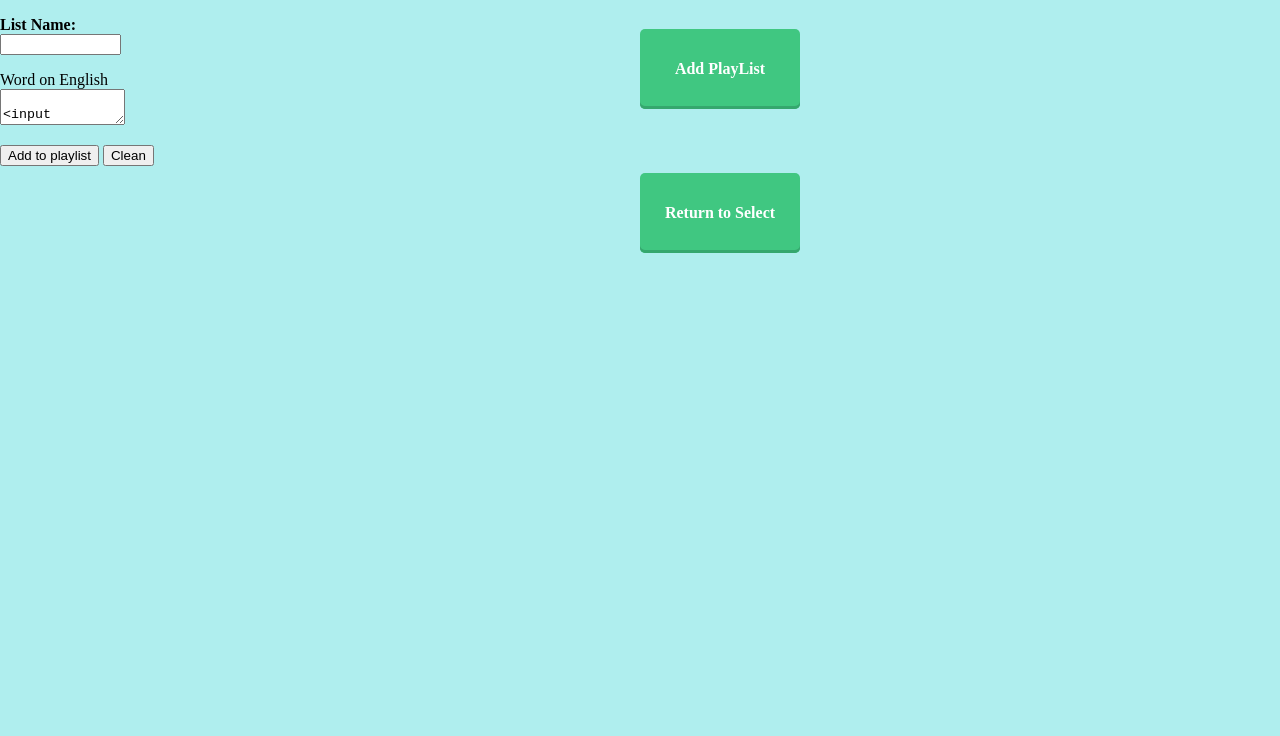
Repository: Artem-Brunov/msu_prac
Page: workspace/BasicUI/NewWithoutTr.html
The author's editor kept a copy of each file at every save. The page is drawn from the files as they stood at one save, then again after the next save.
The browser window is 1280 px wide. The pictures show the whole page.

Above is the page before, as saved 2017-11-20 01:24:19.

### workspace/BasicUI/NewWithoutTr.html
<!DOCTYPE html>
<html>
<head>
  <meta charset="utf-8" />
    <meta name="viewport" content="width=device-width, initial-scale=1.0, maximum-scale=1.0">
    <meta name="description" content="Tizen Mobile Web Basic Template" />

    <title>Tizen Mobile Web Basic Application</title>
    <link rel="stylesheet" type="text/css" href="css/NewPlaylist.css" />
    <link rel="stylesheet" type="text/css" href="css/style.css" />
</head>
<body>
	<form name="test" method="post" action="input1.php">
  		<p><b>List Name:</b><br>
   			<input type="text" size="12">
  		</p>

  		<p>Word on English<br>
  		<textarea cols = "13">
  			 <input type="text">
  		</textarea>
  		</p>
  		<p><input type="submit" value="Add to playlist">
   		<input type="reset" value="Clean"></p>
 	</form>

	<div class = "Return">
		<a href = "index.html" class = "first_button">Return to Select</a>
	</div>
	<div class = "Add">
		<a href = "" class = "first_button">Add PlayList</a>
	</div>
</body>
</html>

### workspace/BasicUI/css/NewPlaylist.css
.Return {
	position: absolute;
  	top: 24%;
  	left:50%;

}
.Add {
	position: absolute;
  	top: 4%;
  	left: 50%;
}

### workspace/BasicUI/css/style.css
html,
body {
    width: 100%;
    height: 100%;
    margin: 0 auto;
    padding: 0;
    background: PaleTurquoise;
 }
 .titl{

 	position: absolute;
 	left: 25.5%;
 	top: 10%;
 	color: Gray;
 }
 a.first_button {

	display: block;
	width: 160px;
	height: 80px;
  	line-height: 5em;
	border-radius: 5px;
 	background: rgb(64,199,129);
	box-shadow: 0 -3px rgb(53,167,110) inset;
	font-weight: 900;
  	color: white;
  	text-align: center;
  	text-decoration: none;
  	transition: 0.2s;
}
a.first_button:hover { background: rgb(53, 167, 110); }
a.first_button:active {
  background: rgb(33,147,90);
  box-shadow: 0 3px rgb(33,147,90) inset;
}
.New {
	position: absolute;
  	top: 47%;
  	left: 28%;

}
.Select {
	position: absolute;
  	top: 64%;
  	left: 28%;

}
.FastPlay {
	position: absolute;
  	top: 30%;
  	left: 28%;

}

After the next save:
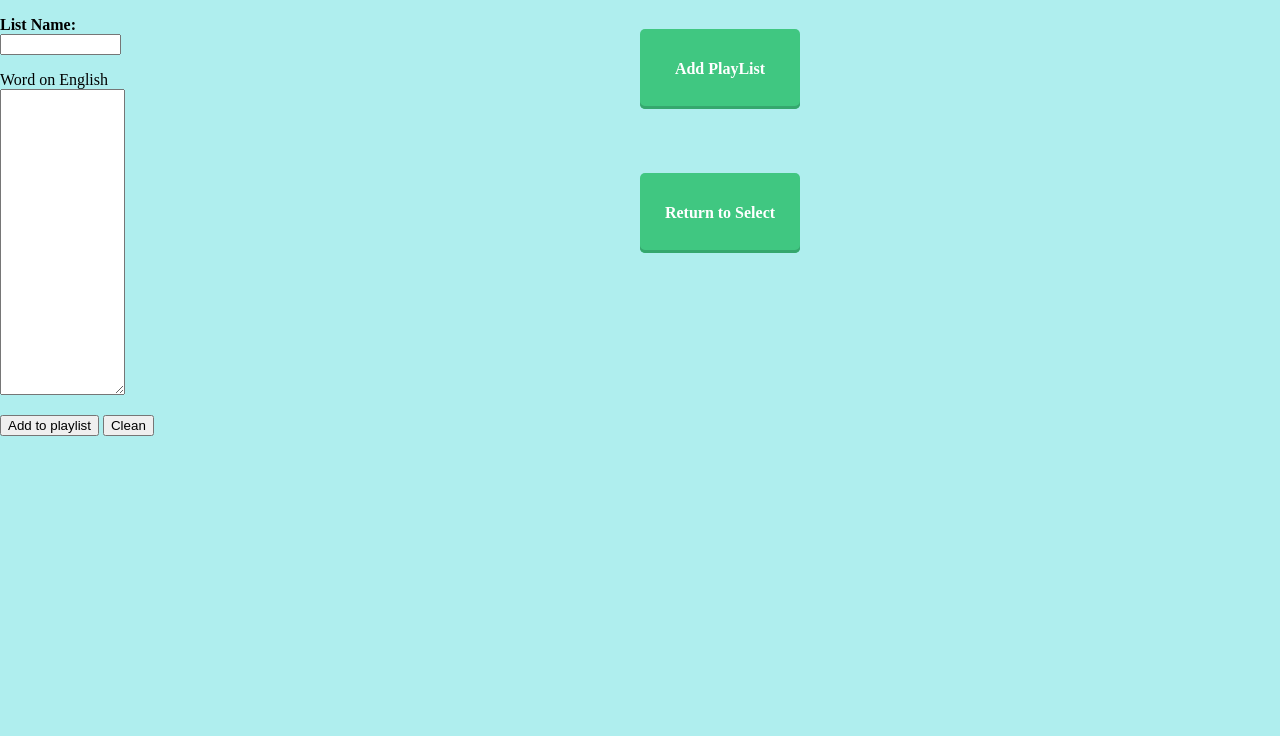
Saved 9 min 28 s later.
--- a/workspace/BasicUI/NewWithoutTr.html
+++ b/workspace/BasicUI/NewWithoutTr.html
@@ -10,15 +10,13 @@
     <link rel="stylesheet" type="text/css" href="css/style.css" />
 </head>
 <body>
-	<form name="test" method="post" action="input1.php">
+	<form name="test">
   		<p><b>List Name:</b><br>
    			<input type="text" size="12">
   		</p>
 
   		<p>Word on English<br>
-  		<textarea cols = "13">
-  			 <input type="text">
-  		</textarea>
+  		<textarea cols = "13" rows = "20" wrap = "hard" name = "EngW"></textarea>
   		</p>
   		<p><input type="submit" value="Add to playlist">
    		<input type="reset" value="Clean"></p>
